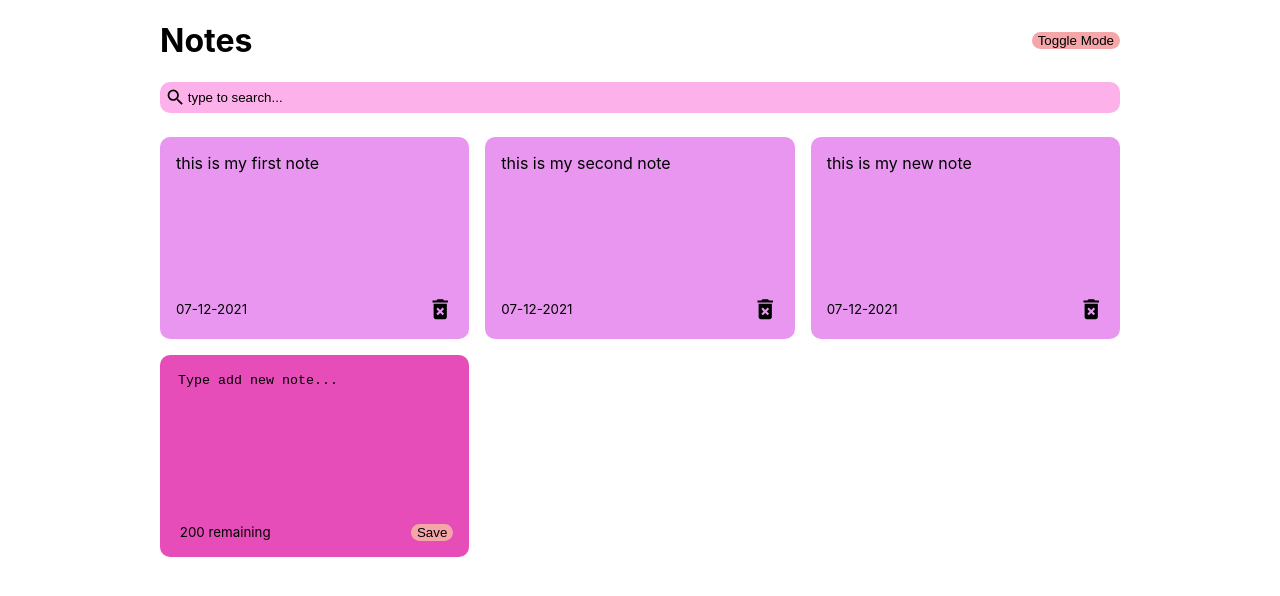
Repository: DeraBola/react-notes-app
Page: /
These files come from the project's save history. The page is drawn as it stood at one moment and after the next save; the edit follows.
The browser window is 1280 px wide. The pictures show the whole page.
The project was rebuilt for these pictures with package versions that can differ from the ones it lists, and the page was loaded fresh each time.

Above is the page before, as saved 2022-08-02 17:13:34.

After the next save:
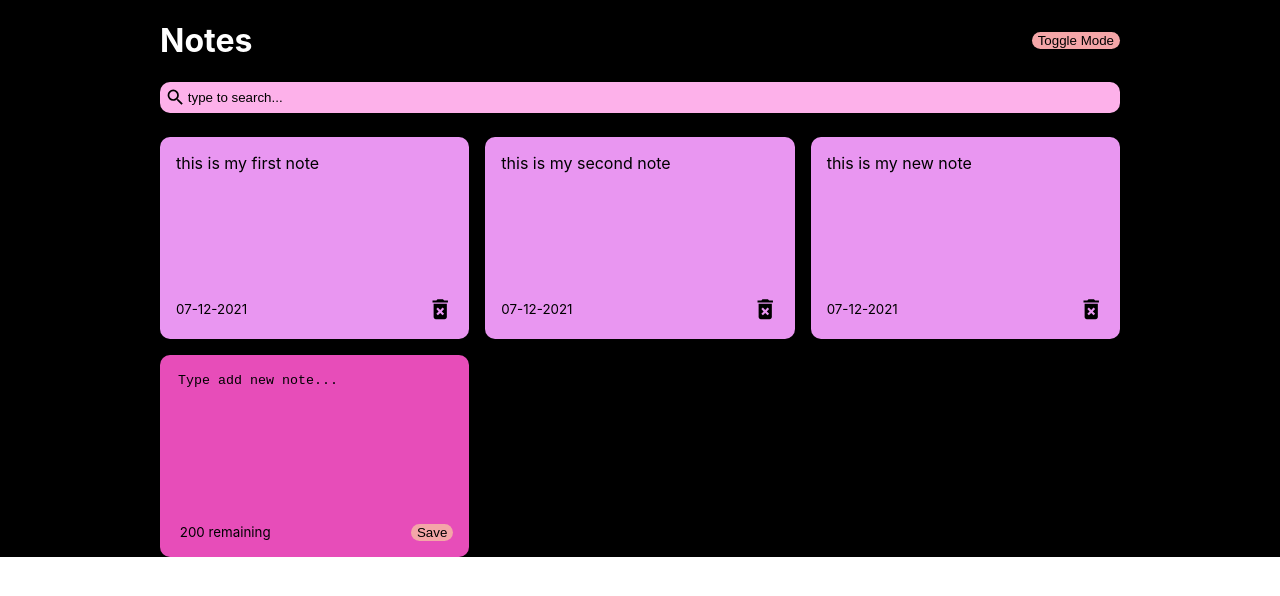
Saved 4 min 58 s later.
--- a/src/App.js
+++ b/src/App.js
@@ -43,7 +43,7 @@ const App = () => {
   };
 
   return (
-    <div className={`${darkMode && 'darkmode'}`}>
+    <div className={`${darkMode && 'dark-mode'}`}>
       <div className="container">
         <Header handleToggleDarkMode={setDarkMode} />
         <Search handleSearchNote={setSearchText} />
